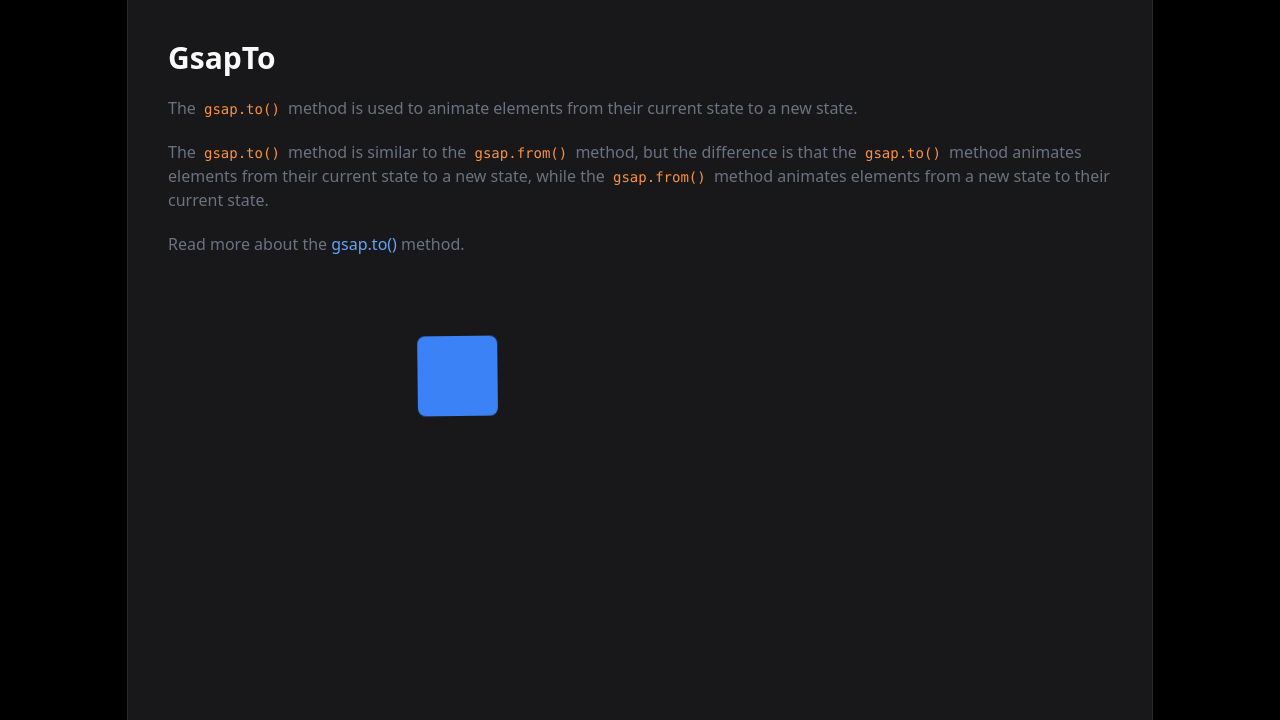
Repository: mgoyeghiaian/gsap-Starter
Page: /gsapto
An editor plug-in stored every save of this project. The page is shown before and after a run of saves, followed by the edit.
The browser window is 1280 px wide. The pictures show the whole page.
The project was rebuilt for these pictures with package versions that can differ from the ones it lists, and the page was loaded fresh each time. Also part of the build but not shown: vite.config.js, src/pages/Home.jsx, src/pages/GsapFrom.jsx, src/pages/GsapFromTo.jsx, src/pages/GsapStagger.jsx, src/pages/GsapTimeline.jsx, src/pages/GsapScrollTrigger.jsx, src/pages/GsapText.jsx.

Above is the page before, as saved 2024-03-17 23:14:20.

After the next 2 saves:
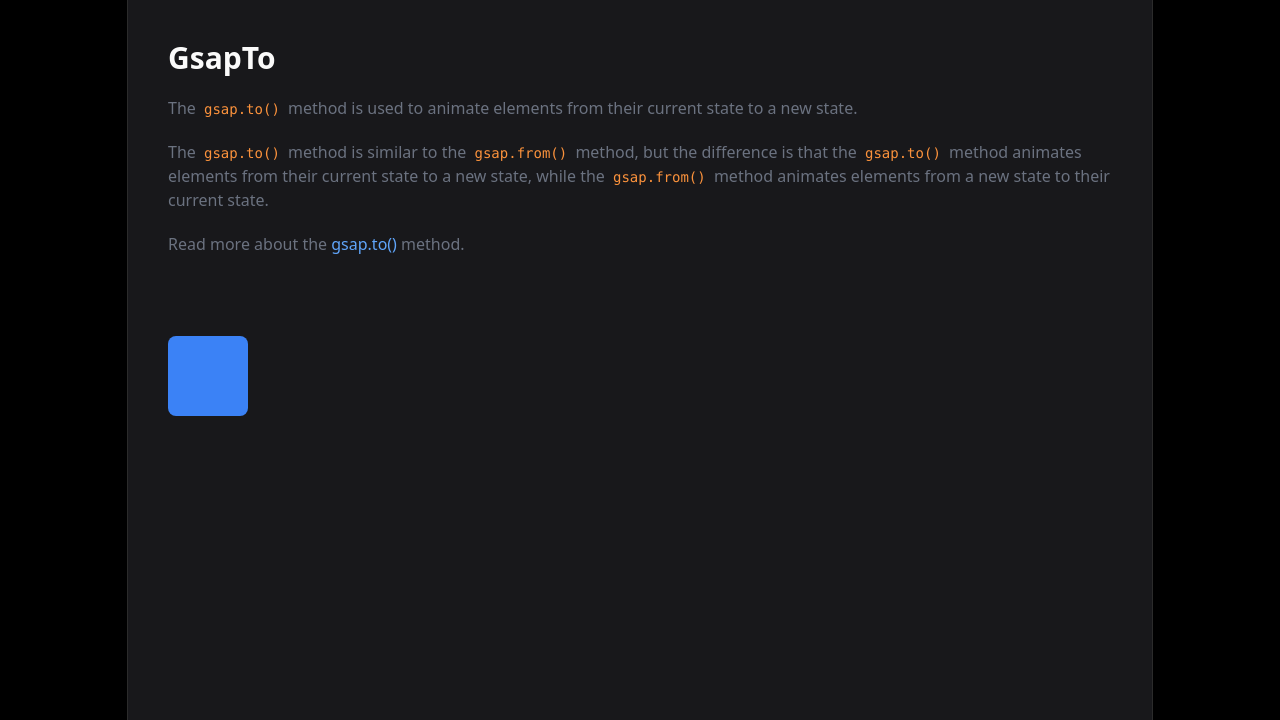
The 2 saves are shown as one change because they came seconds apart.
The last was saved 6 s later.
--- a/src/pages/GsapTo.jsx
+++ b/src/pages/GsapTo.jsx
@@ -1,18 +1,7 @@
-import { useGSAP } from "@gsap/react";
-import gsap from "gsap";
 
 const GsapTo = () => {
   // TODO: Implement the gsap.to() method
-  useGSAP(() => {
-    gsap.to('#blue-box', {
-      x: 250,
-      repeat: -1,
-      yoyo: true,
-      rotation: 360,
-      duration: 2,
-      ease: 'expo',
-    })
-  }, [])
+
   return (
     <main>
       <h1>GsapTo</h1>
